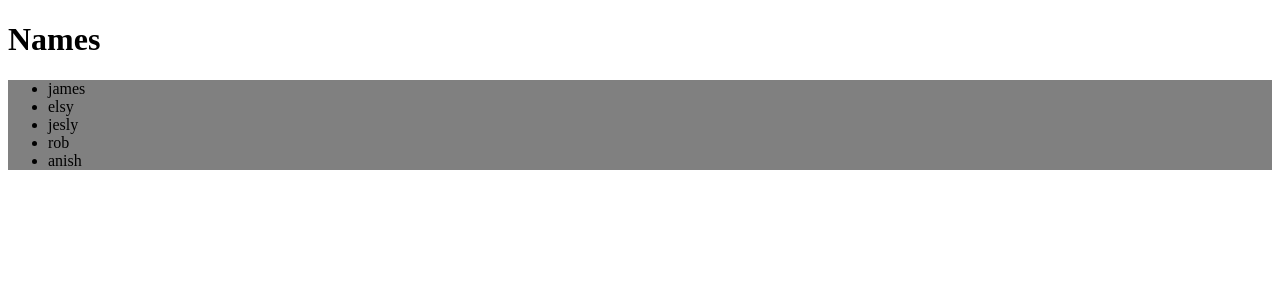
Repository: Akhilanishith/phpprojectgh
Page: http://localhost/names.php
These files come from the project's save history. The page is drawn as it stood at one moment and after the next save; the edit follows.
The browser window is 1280 px wide. The pictures show the whole page.
The page is run by PHP 8.4 with error messages shown; the project is at /var/www/html/.

Above is the page before, as saved 2022-12-14 12:40:43.

After the next save:
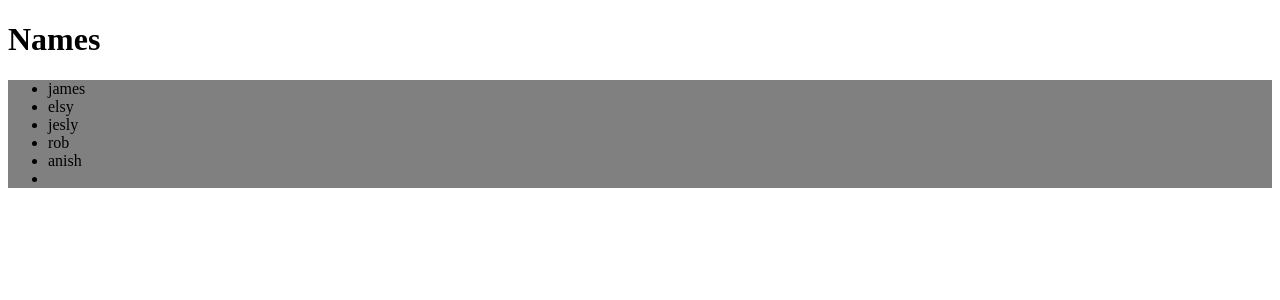
Saved 8 s later.
--- a/names.php
+++ b/names.php
@@ -1,5 +1,5 @@
 <?php
-$names=['james','elsy', 'jesly','rob','anish',];
+$names=['james','elsy', 'jesly','rob','anish',''];
 ?>
 
 
